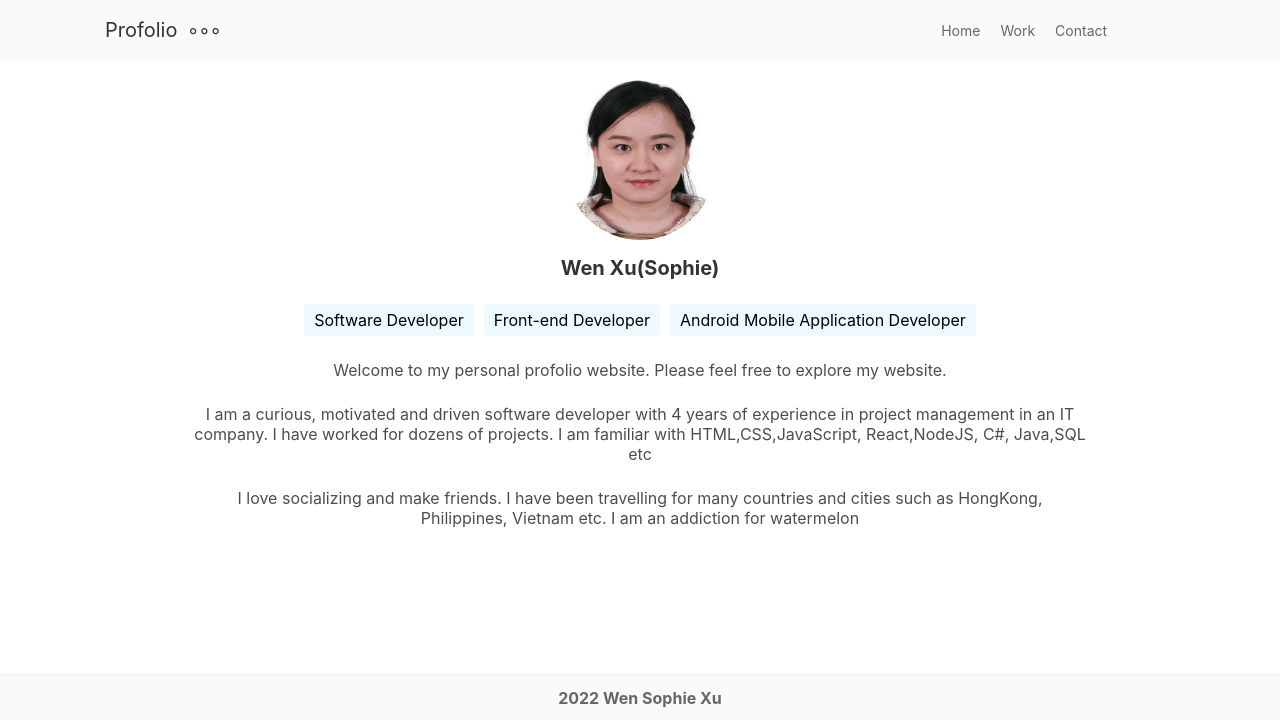
Repository: wenxi0504/myResume_app
Page: /
The author's editor kept a copy of each file at every save. The page is drawn from the files as they stood at one save, then again after the next save.
The browser window is 1280 px wide. The pictures show the whole page.
The project was rebuilt for these pictures with package versions that can differ from the ones it lists, and the page was loaded fresh each time. Also part of the build but not shown: src/pages/WorkPage/index.js, src/pages/WorkPageDetail/index.js, src/pages/Contact/index.js.

Above is the page before, as saved 2022-01-03 15:48:02.

### src/index.js
import React from 'react';
import ReactDOM from 'react-dom';
import './index.css';
import App from './pages/App';
import reportWebVitals from './reportWebVitals';
import { BrowserRouter as Router} from 'react-router-dom'



ReactDOM.render(
  <Router>
    <App />
  </Router>,
  document.getElementById('root')
);

// If you want to start measuring performance in your app, pass a function
// to log results (for example: reportWebVitals(console.log))
// or send to an analytics endpoint. Learn more: https://bit.ly/CRA-vitals
reportWebVitals();

### src/index.css
body {
  margin: 0;
  padding: 0;
  font-family: -apple-system, BlinkMacSystemFont, "Segoe UI", "Roboto", "Oxygen",
    "Ubuntu", "Cantarell", "Fira Sans", "Droid Sans", "Helvetica Neue",
    sans-serif;
  -webkit-font-smoothing: antialiased;
  -moz-osx-font-smoothing: grayscale;
}

code {
  font-family: source-code-pro, Menlo, Monaco, Consolas, "Courier New",
    monospace;
}


body, h1, h2, h3, h4, h5, h6, hr, p, blockquote, dl, dt, dd, ul, ol, li, pre, form, fieldset, legend, button, input, textarea, th, td {
  margin:0; padding:0;
}
body, button, input, select, textarea {
  font:12px/1.5tahoma, arial, \5b8b\4f53;
}
h1, h2, h3, h4, h5, h6{
  font-size:100%;
  color:rgb(51, 51, 51);
}
address, cite, dfn, em, var {
  font-style:normal;
}
code, kbd, pre, samp {
  font-family:couriernew, courier, monospace;
}
small{
  font-size:12px;
}
ul, ol {
  list-style:none;
}
a {
  text-decoration:none;
}

sup {
  vertical-align:text-top;
}
sub{
  vertical-align:text-bottom;
}
legend {
  color:#000;
}
fieldset, img {
  border:0;
}
button, input, select, textarea {
  font-size:100%;
}
table {
  border-collapse:collapse; border-spacing:0;
}


html,body,#root{
   width: 100%;
   height: 100%;
}

code {
  font-family: source-code-pro, Menlo, Monaco, Consolas, "Courier New",
    monospace;
}

### src/pages/App.js
import logo from './logo.svg';
import styles from './App.module.scss';
import{Link,Routes,Route} from 'react-router-dom'
import HomePage from './HomePage'
import WorkPage from './WorkPage'
import WorkPageDetail from './WorkPageDetail'
import Contact from './Contact'
function App() {
  //get value of location

  return (

    <div className={styles.App}>
     <header className={styles.header} >
     <div className={styles.box}>
               <Link to="/">
                 <div className={styles.boxleft}>Profolio</div>
                 </Link>
               <div className={styles.boxright}>
                  <Link to="/"><p >Home</p></Link>
                  <Link to="/works"><p >Work</p></Link>
                  <Link to="/contact"><p >Contact</p></Link>
               </div>
            </div>
     </header>

       <section className={styles.content}>
         <div>
         < Routes>
         <Route path="/" exact element={ <HomePage/> }/>
           <Route path="/works" exact element={ <WorkPage/>} />
           <Route path="/works/:id" exact element={ <WorkPageDetail/> } />
           <Route path="/contact" exact element={ <Contact/> } />
         </Routes>
         </div>





     </section>



      <footer className={styles.footer} >
     <p><b>2022 Wen Sophie Xu</b></p>

     </footer>



    </div>
  );
}

export default App;

### src/pages/App.module.scss

.App {
  display: flex;
  min-height: 100vh;
  flex-direction: column;
  .content{
     flex: 1;
     text-align: center;
  }
  .header{
    background-color: rgb(250, 250, 250);
    height: 60px;
    .selected{
      color: #333!important;
      padding-bottom: 5px;
      border-bottom: 1.5px solid #333;
    }
    .box{
      width: 70%;
      height: 100%;


      display: flex;
      align-items: center;
      justify-content: space-between;
      a:hover {
        text-decoration:none;
      }
      .boxleft{
        font-size: 20px;
        color: rgb(51, 51, 51);
        padding: 0px 5px 0px 100px;
        margin: 0px 5px ;
      }
      .boxleft::after {
        content: "◦◦◦";
        margin-left: 0.5em;
      }

      .boxright{
        display: inline-flex;
        justify-content: flex-start;
        padding: 0px 5px 0px 100px;
        margin: 0px 5px 0px 600px;
        p{
          margin: 0px 10px;
          font-size: 14px;
          color: rgb(102, 102, 102);

        }
      }
      div{
        cursor: pointer;
      }
    }
  }
  .footer{
    text-align: center;
    padding: 10px 0px;
    color: rgb(102, 102, 102);
    background: #fafafa;
    border-top: 2px solid #f2f2f2;
    p{
      padding: 2px 0px;
    }
  }
}

### src/pages/HomePage/index.js
// eslint-disable-next-line no-unused-vars
import React, { Component } from 'react';
import styles from'./home.module.scss'

// eslint-disable-next-line import/no-anonymous-default-export
export default () => {
    return <div className={styles.wrap}>
        {/* Personal Info*/}
       <section className={styles.brief}>
       <img src={require("../../assets/images/wenxuReact2.jpg") }/>
       <h2>Wen Xu(Sophie)</h2>
       <ul>
          <li>Software Developer</li>
          <li>Front-end Developer</li>
          <li>Android Mobile Application Developer</li>
       </ul>
       <p>Welcome to my personal profolio website. Please feel free to explore my website.</p>
       <p>I am a curious, motivated and driven software developer with 4 years of experience in project management in an IT company. I have worked for dozens of projects. I am familiar with HTML,CSS,JavaScript, React,NodeJS, C#, Java,SQL etc </p>
       <p>I love socializing and make friends. I have been travelling for many countries and cities such as HongKong, Philippines, Vietnam etc. I am an addiction for watermelon </p>
       </section>





        </div>
}

### src/pages/HomePage/home.module.scss

    .wrap{
        flex: 1;
        width: 70%;
        margin: 0px auto;
        .brief{
           text-align: center;
           h2{
             padding: 12px 0px;
             font-size: 20px;
           }
           img{
              width: 150px;
              height: 160px;
              border-radius: 120px;
              margin-top: 20px;
           }
           ul{
            display: flex;
            justify-content: center;
             li{
                padding: 6px 10px;
                background: rgba(87, 199, 255, 0.1);
                margin: 12px 5px;
                border-radius: 3px;
             }
           }
           p{
            padding: 12px 0px;
            color: rgba(0, 0, 0, 0.7);
          }
        }

    }

Loaded but not shown: public/index.html (common file); src/reportWebVitals.js (common file)

After the next save:
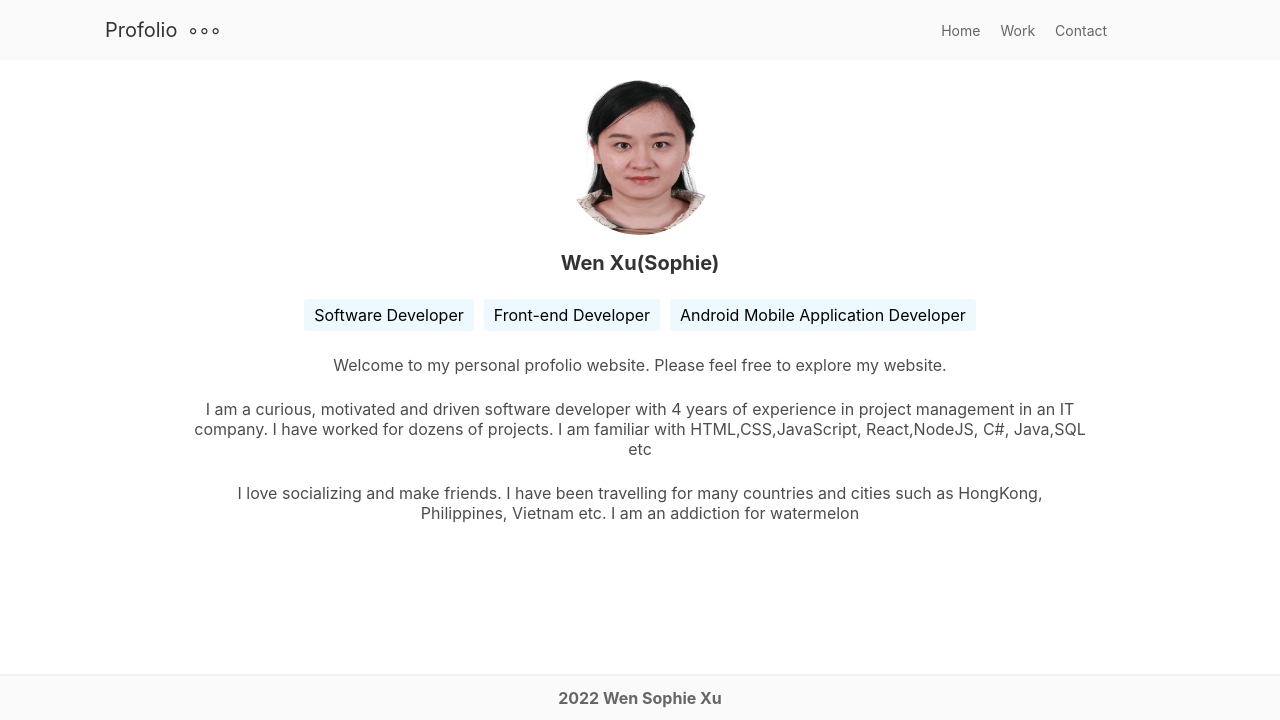
Saved 42 s later.
--- a/src/pages/HomePage/home.module.scss
+++ b/src/pages/HomePage/home.module.scss
@@ -11,7 +11,7 @@
            }
            img{
               width: 150px;
-              height: 160px;
+              height: 155px;
               border-radius: 120px;
               margin-top: 20px;
            }
